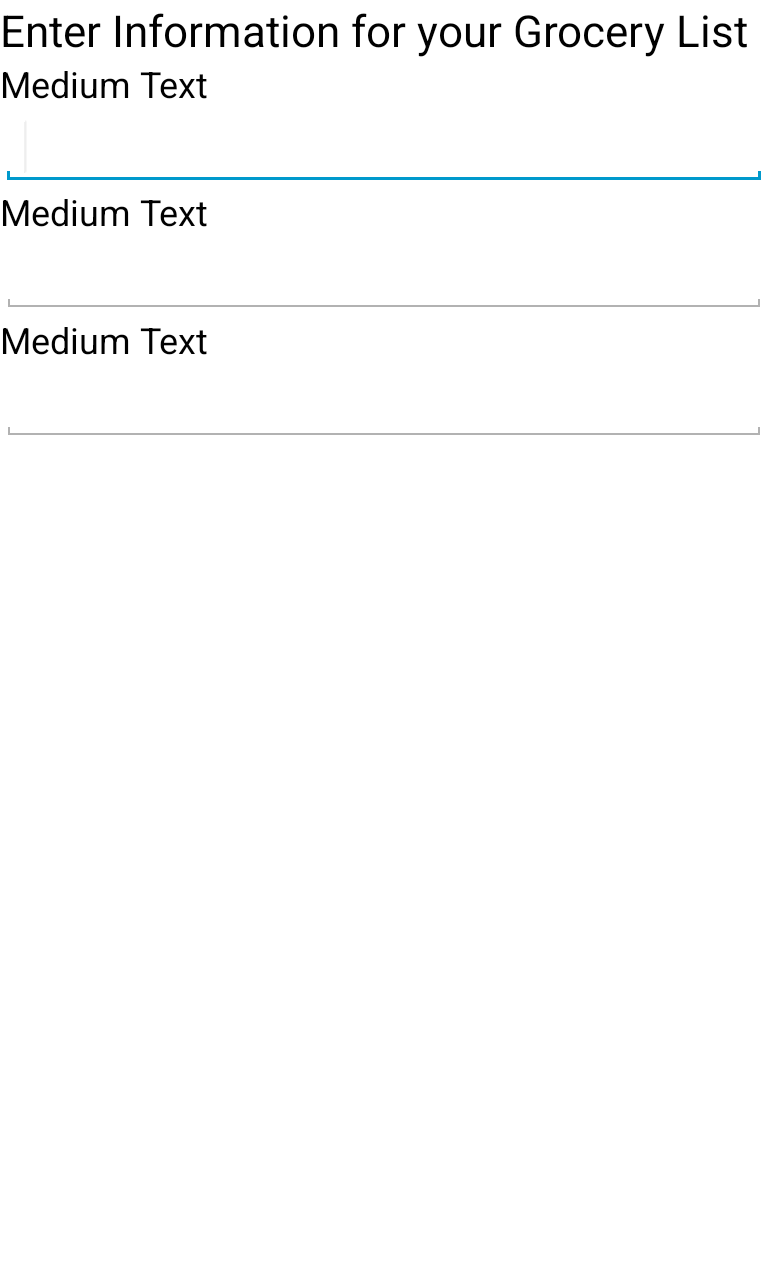
Repository: laurenelder/MDF3
Layout: Week 3/WidgetApp/res/layout/activity_form.xml
These files come from the project's save history. The layout is drawn as it stood at one moment and after the next save; the edit follows.
It is drawn on a 768 x 1280 px phone screen (xhdpi) without system bars, with theme AppTheme; the app's code is not run.

Above is the layout before, as saved 2014-09-16 01:59:00.

### Week 3/WidgetApp/res/layout/activity_form.xml
<?xml version="1.0" encoding="utf-8"?>
<LinearLayout xmlns:android="http://schemas.android.com/apk/res/android"
    android:layout_width="match_parent"
    android:layout_height="match_parent"
    android:orientation="vertical" >

    <TextView
        android:id="@+id/formTitle"
        android:layout_width="wrap_content"
        android:layout_height="wrap_content"
        android:text="@string/form_label"
        android:textAppearance="?android:attr/textAppearanceLarge" />

    <TextView
        android:id="@+id/storeLabel"
        android:layout_width="wrap_content"
        android:layout_height="wrap_content"
        android:text="Medium Text"
        android:textAppearance="?android:attr/textAppearanceMedium" />

    <EditText
        android:id="@+id/storeInput"
        android:layout_width="match_parent"
        android:layout_height="wrap_content"
        android:ems="10" >

        <requestFocus />
    </EditText>

    <TextView
        android:id="@+id/dateLabel"
        android:layout_width="wrap_content"
        android:layout_height="wrap_content"
        android:text="Medium Text"
        android:textAppearance="?android:attr/textAppearanceMedium" />

    <EditText
        android:id="@+id/dateInput"
        android:layout_width="match_parent"
        android:layout_height="wrap_content"
        android:ems="10" />

    <TextView
        android:id="@+id/listLabel"
        android:layout_width="wrap_content"
        android:layout_height="wrap_content"
        android:text="Medium Text"
        android:textAppearance="?android:attr/textAppearanceMedium" />

    <EditText
        android:id="@+id/listInput"
        android:layout_width="match_parent"
        android:layout_height="wrap_content"
        android:ems="10" />

</LinearLayout>

### Week 3/WidgetApp/res/values/strings.xml
<?xml version="1.0" encoding="utf-8"?>
<resources>

    <string name="app_name">Widget App</string>
    <string name="hello_world">Hello world!</string>
    <string name="action_settings">Settings</string>
    <string name="form_label">Enter Information for your Grocery List</string>
    <string name="store_label">Store Name:</string>
    <string name="date_label">Date:</string>
    <string name="list_label">Grocery List:</string>

</resources>

Loaded but not shown: Week 3/WidgetApp/res/values/styles.xml (common file); Week 3/WidgetApp/res/values-v11/styles.xml (common file); Week 3/WidgetApp/res/values-v14/styles.xml (common file)

After the next save:
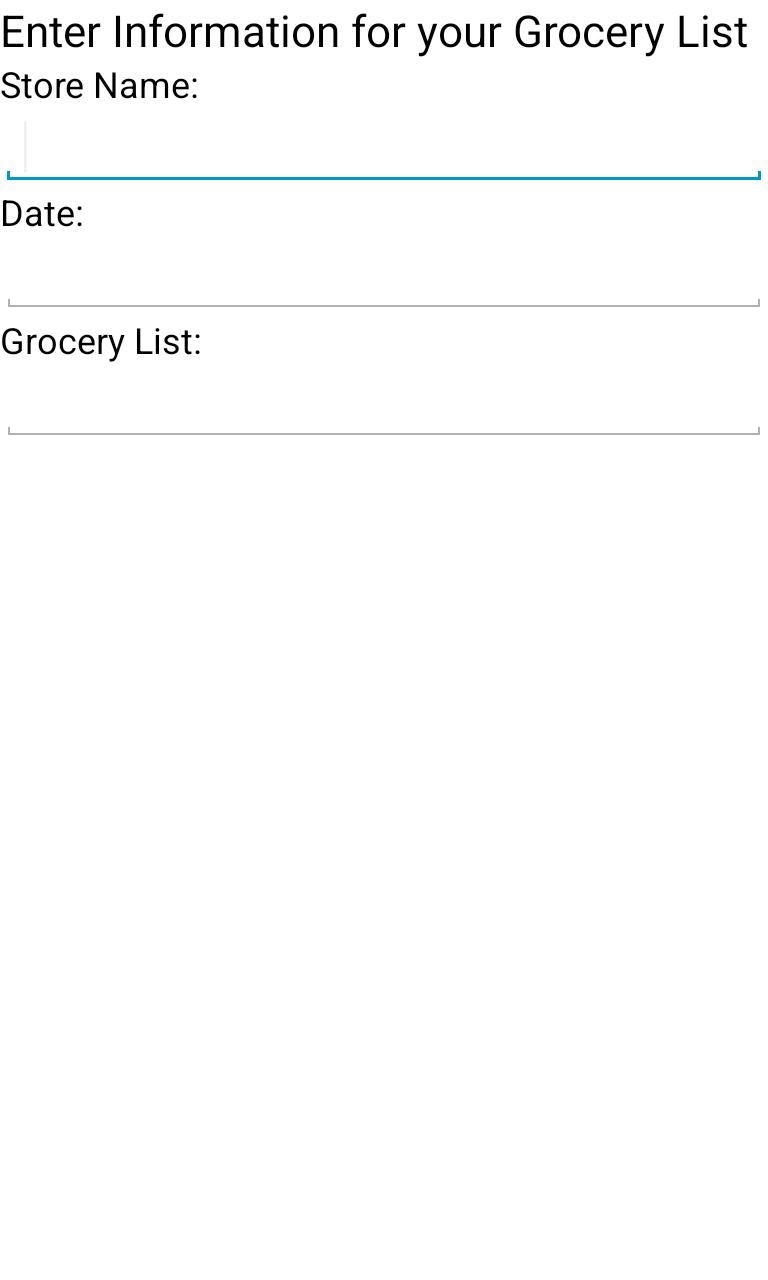
Saved 79 s later.
--- a/Week 3/WidgetApp/res/layout/activity_form.xml
+++ b/Week 3/WidgetApp/res/layout/activity_form.xml
@@ -15,7 +15,7 @@
         android:id="@+id/storeLabel"
         android:layout_width="wrap_content"
         android:layout_height="wrap_content"
-        android:text="Medium Text"
+        android:text="@string/store_label"
         android:textAppearance="?android:attr/textAppearanceMedium" />
 
     <EditText
@@ -31,7 +31,7 @@
         android:id="@+id/dateLabel"
         android:layout_width="wrap_content"
         android:layout_height="wrap_content"
-        android:text="Medium Text"
+        android:text="@string/date_label"
         android:textAppearance="?android:attr/textAppearanceMedium" />
 
     <EditText
@@ -44,7 +44,7 @@
         android:id="@+id/listLabel"
         android:layout_width="wrap_content"
         android:layout_height="wrap_content"
-        android:text="Medium Text"
+        android:text="@string/list_label"
         android:textAppearance="?android:attr/textAppearanceMedium" />
 
     <EditText
